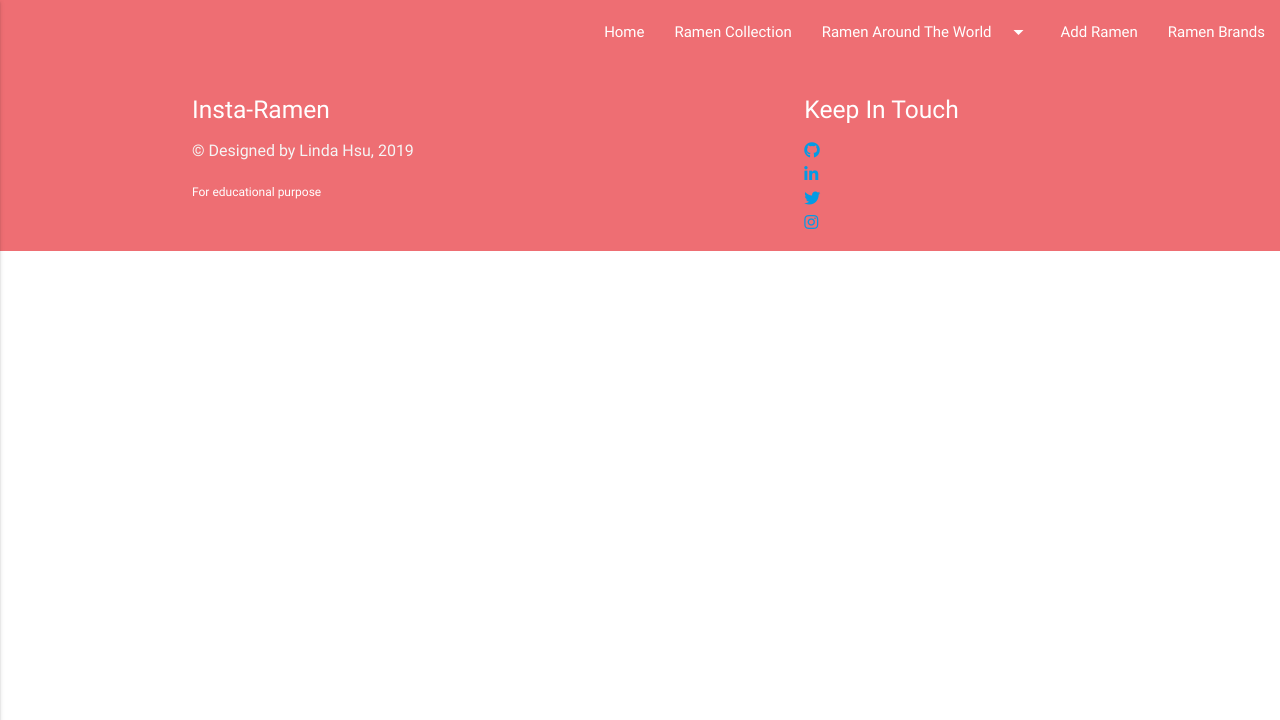
Repository: Paddlepop25/codeinstitute-insta-ramen
Page: templates/base.html
The author's editor kept a record of every edit. The page is drawn from the files as they stood at one moment, then again after the next edit.
The browser window is 1280 px wide. The pictures show the whole page.
Some web libraries are served in a nearby version. The page is served by the project's application, run on Flask 3 (app.py). The template is opened directly, without the code that normally fills it, so the values that code supplies are empty.

Above is the page before.

### templates/base.html
<!DOCTYPE html>
<html>

<head>
  <link href="https://fonts.googleapis.com/icon?family=Material+Icons" rel="stylesheet">
  <link rel="stylesheet" href="https://cdnjs.cloudflare.com/ajax/libs/materialize/0.100.2/css/materialize.min.css">
  <link rel="stylesheet" href="https://use.fontawesome.com/releases/v5.8.1/css/all.css" integrity="sha384-50oBUHEmvpQ+1lW4y57PTFmhCaXp0ML5d60M1M7uH2+nqUivzIebhndOJK28anvf" crossorigin="anonymous" />
  <link rel="stylesheet" href="/static/styles/base.css" type="text/css" />
  <link rel="icon" href="{{ url_for('static', filename='images/favicon.ico') }}" type="image/x-icon" />

  <!-- Meta Data -->
  <meta charset="UTF-8">
  <meta name="viewport" content="width=device-width, initial-scale=1, shrink-to-fit=no">
  <meta http-equiv="X-UA-Compatible" content="ie=edge">
  <meta name="description" content="Insta Ramen">
  <meta name="keywords" content="Noodles, Ramen, Instant, Cup, Bowl, Packet">
  <meta name="author" content="Linda Hsu">

  <title>InstaRamen - {{ title }} </title>
</head>

<body>
  <header>
    <nav>
      <div class="nav-wrapper">
        <a href="{{url_for('index')}}" class="brand-logo"><img class="ramen_logo" src="{{ url_for('static', filename='images/noodle_icon.png') }}" alt="Ramen noodles with chopsticks logo"/></a>
        <a href="#" data-activates="mobile-demo" class="button-collapse"><i class="material-icons">menu</i></a>
        <ul class="right hide-on-med-and-down">
          <li><a href="{{url_for('index')}}">Home</a></li>
          <li><a href="{{url_for('get_ramen')}}">Ramen Collection</a></li>
          <li><a class="dropdown-button" href="#!" data-activates="dropdown1">Ramen Around The World<i class="material-icons right">arrow_drop_down</i></a>
            <ul id="dropdown1" class="dropdown-content">
              <li><a href="{{ url_for('ramen_asia') }}">Asia</a></li>
              <li><a href="#!">Europe</a></li>
              <li><a href="#!">The Americas</a></li>
              <li class="divider"></li>
              <li><a href="{{ url_for('ramen_world') }}">Rest Of The World</a></li>
            </ul>
          </li>
          <li><a href="{{url_for('add_ramen')}}">Add Ramen</a></li>
          <li><a href="{{url_for('get_brands')}}">Ramen Brands</a></li>
        </ul>
        <ul class="side-nav" id="mobile-demo">
          <li><a href="{{url_for('index')}}">Home</a></li>
          <li><a href="{{url_for('get_ramen')}}">Ramen Around The World</a></li>
          <li><a href="{{url_for('add_ramen')}}">Add Ramen</a></li>
          <li><a href="{{url_for('get_brands')}}">Ramen Brands</a></li>
        </ul>
      </div>
    </nav>
  </header>

  {% block content %} {% endblock %}
  <footer class="page-footer">
    <div class="container">
      <div class="row">
        <div class="col l6 s12">
          <h5 class="white-text">Insta-Ramen</h5>
          <p class="grey-text text-lighten-4">&copy; Designed by Linda Hsu, 2019</p>
          <small>For educational purpose</small>
        </div>
        <div class="col l4 offset-l2 s12">
          <h5 class="white-text">Keep In Touch</h5>
          <ul>
            <li><a href="https://github.com/Paddlepop25" target="_blank"><i class="fab fa-github"></i></a></li>
            <li><a href="https://www.linkedin.com/in/lindahsu007/" target="_blank"><i class="fab fa-linkedin-in"></i></a></li>
            <li><a href="https://twitter.com/shecodeshsucode" target="_blank"><i class="fab fa-twitter"></i></a></li>
            <li><a href="https://www.instagram.com/shecodeshsucodes/" target="_blank"><i class="fab fa-instagram"></i></a></li>
          </ul>
        </div>
      </div>
    </div>
  </footer>

  <script src="https://cdnjs.cloudflare.com/ajax/libs/jquery/3.2.1/jquery.min.js"></script>
  <script src="https://cdnjs.cloudflare.com/ajax/libs/materialize/0.100.2/js/materialize.min.js"></script>
  <!--<script type="text/javascript" src="./static/scripts/app.js"></script>-->
  <script type="text/javascript">
    $(document).ready(function() {
      $(".button-collapse").sideNav();
      $('select').material_select();
      $(".dropdown-button").dropdown();
    });
  </script>
</body>

</html>

### app.py
import os
from flask import Flask, render_template, redirect, request, url_for
from flask_pymongo import PyMongo
from bson.objectid import ObjectId
import re

app = Flask(__name__)

app.config['MONGO_DBNAME'] = 'ramen_database'
app.config["MONGO_URI"] = 'mongodb+srv://root:r00tUser@cluster0-mg1xb.mongodb.net/ramen_database?retryWrites=true&w=majority'

mongo = PyMongo(app)

@app.route('/')
@app.route('/home_page')
def home_page():
    top_three=mongo.db.ramens.find({'Stars': {'$gt': 3, '$lt':5}}).limit(5)
    return render_template('index.html', top_three=top_three)

@app.route('/display_ramen/<ramen_id>', methods=['GET'])
def display_ramen(ramen_id):
    ramen = mongo.db.ramens.find_one({"_id": ObjectId(ramen_id)})
    return render_template('display_ramen.html', ramen=ramen)


@app.route('/get_ramen')
def get_ramen():
    ramens=mongo.db.ramens.find()
    return render_template('ramen-collection.html', ramens=ramens)

@app.route('/ramen_asia')
def ramen_asia():
    ramens=mongo.db.ramens.find(
        {'$or':
            [{'Country': 'Taiwan'},{'Country': "Japan"}]
        }
        )
    return render_template('ramen_asia.html', ramens=ramens)

@app.route('/ramen_world')
def ramen_world():
    ramens=mongo.db.ramens.find(
        {'$or':
            [{'Country': 'Brunei'},{'Country': "Singapore"}]
        }
        )
    return render_template('ramen_world.html', ramens=ramens)


@app.route('/search_ramen')
def search_ramen():
    orig_query = request.args['query']
    query = {'$regex': re.compile('.*{}.*'.format(orig_query)), '$options': 'i'}
    print(query)
    results=mongo.db.ramens.find({'Flavour': query})

    ramen = []
    for result in results:
        ramen.append(result)

    return render_template('ramen_search.html', query=orig_query, ramen_search=ramen)

@app.route('/add_ramen')
def add_ramen():
    return render_template('add_ramen.html', countries=mongo.db.countries.find())

@app.route('/insert_ramen', methods=['POST'])
def insert_ramen():
    ramens = mongo.db.ramens
    ramens.insert_one(request.form.to_dict())
    return redirect(url_for('get_ramen'))

@app.route('/edit_ramen/<ramen_id>', methods=['GET'])
def edit_ramen(ramen_id):
    ramen = mongo.db.ramens.find_one({"_id": ObjectId(ramen_id)})
    countries = mongo.db.countries.find()
    return render_template('edit_ramen.html', ramen=ramen, countries=countries)

@app.route('/update_ramen/<ramen_id>', methods=["POST"])
def update_ramen(ramen_id):
    ramen = mongo.db.ramens
    ramen.update( {'_id': ObjectId(ramen_id)},
    {
        'Brand': request.form.get('Brand'),
        'Flavour':request.form.get('Flavour'),
        'Style': request.form.get('Style'),
        'Country':request.form.get('Country'),
        'Stars':request.form.get('Stars'),
        'Ratings':request.form.get('Ratings')
    })
    return redirect(url_for('get_ramen'))

@app.route('/delete_ramen/<ramen_id>')
def delete_ramen(ramen_id):
    mongo.db.ramens.remove({'_id': ObjectId(ramen_id)})
    return redirect(url_for('get_ramen'))

@app.route('/get_brands')
def get_brands():
    brands = mongo.db.ramens.find()
    return render_template('brands.html',
                            brands=brands)

@app.errorhandler(404)
def error_404(not_found):
    return render_template('error404.html', not_found=not_found)

if __name__ == '__main__':
    app.run(host=os.environ.get('IP'),
            port=int(os.environ.get('PORT')),
            debug=True)

### static/styles/base.css
body {
    font-size: 16px;
}

.ramen_logo {
    width: 2.8rem;
    margin-left: 20px;
    margin-top: 10px;
    /*z-index: -2;*/
}

.nav-wrapper img {
    position: relative;
    top: -64px;
    z-index: -1;
}

/*.ramen_form {*/
/*    border: 2px solid black;*/
    /*border-radius: 25px;*/
/*    box-shadow: 2px 2px 8px grey;*/
/*    margin: 100px auto;*/
/*    padding: 85px;*/
/*}*/

After the next edit:
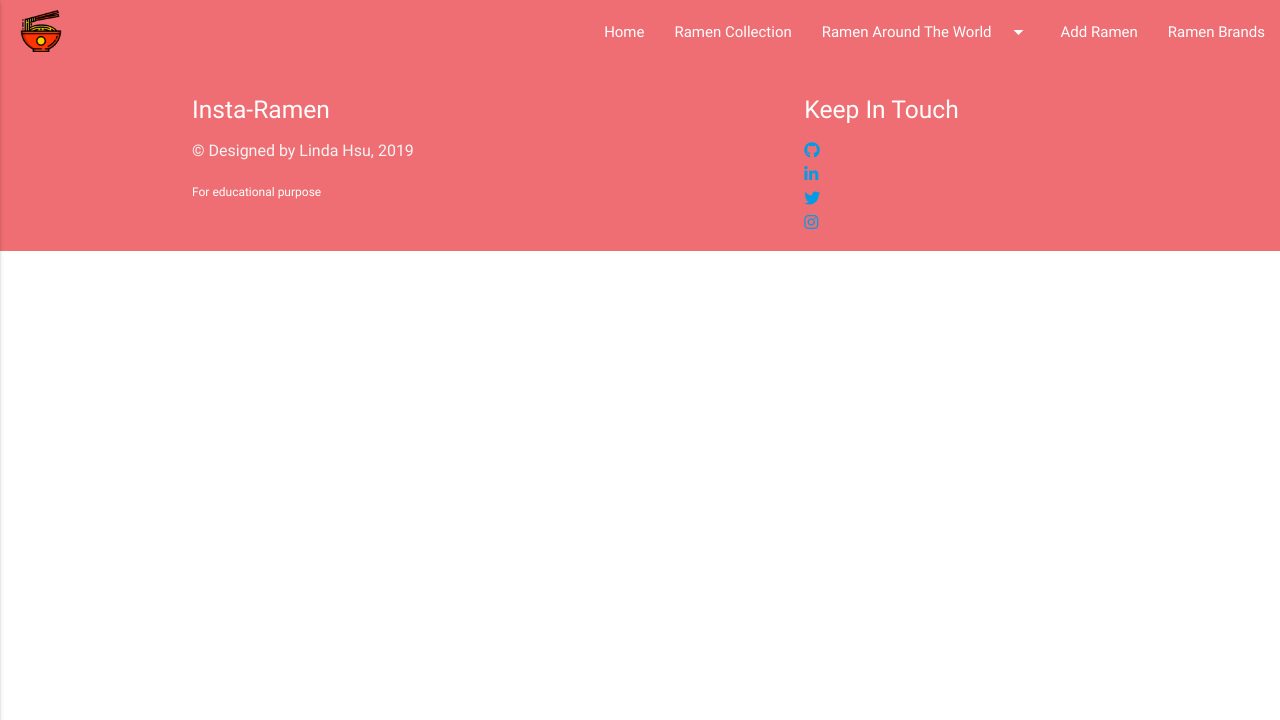
The edit:
--- a/static/styles/base.css
+++ b/static/styles/base.css
@@ -9,16 +9,10 @@
     /*z-index: -2;*/
 }
 
-.nav-wrapper img {
-    position: relative;
-    top: -64px;
-    z-index: -1;
+.ramen_form {
+    border: 2px solid black;
+    border-radius: 25px;
+    box-shadow: 2px 2px 8px grey;
+    margin: 100px auto;
+    padding: 20px;
 }
-
-/*.ramen_form {*/
-/*    border: 2px solid black;*/
-    /*border-radius: 25px;*/
-/*    box-shadow: 2px 2px 8px grey;*/
-/*    margin: 100px auto;*/
-/*    padding: 85px;*/
-/*}*/
